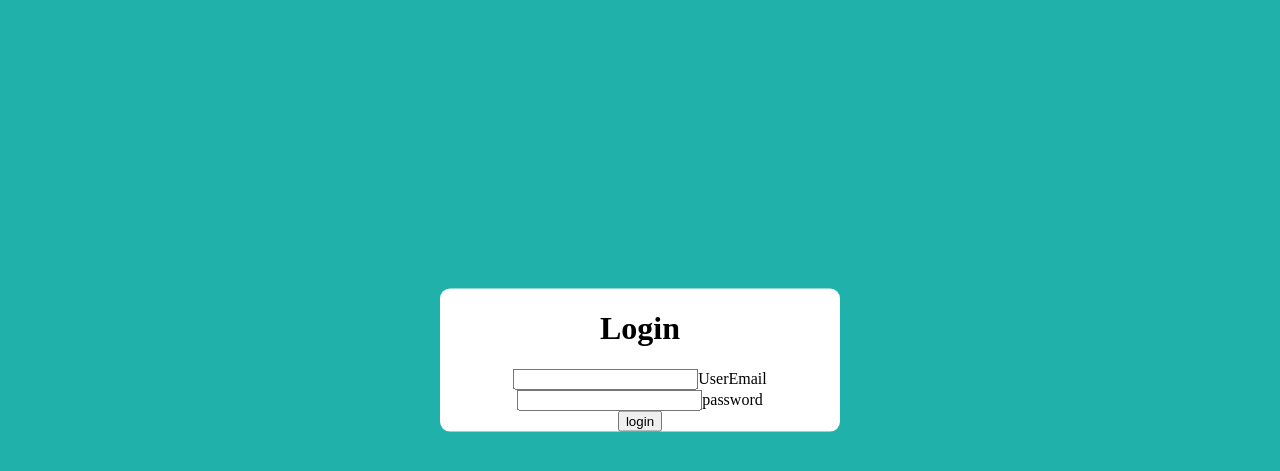
Repository: Aref19/eshop_frontEnd
Page: /
These files come from the project's save history. The page is drawn as it stood at one moment and after the next save; the edit follows.
The browser window is 1280 px wide. The pictures show the whole page.
The project was rebuilt for these pictures with package versions that can differ from the ones it lists, and the page was loaded fresh each time.

Above is the page before, as saved 2023-02-23 20:50:51.

### src/App.js
import './App.css';
import Login from './component/Login'

function App() {
  return (
    <div className="App">
     <Login/>
    </div>
  );
}

export default App;

### src/component/Login.js
import "../css/Login.css"


function Login() {
    return (
        <>
            <div className="center">
                <h1>Login</h1>
                <form method="post">
                    <div className="txt_field">
                        <input type={Text} required></input>
                        <label>UserEmail</label>

                    </div>
                    <div className="txt_field">
                        <input type={"password"} required></input>
                        <label>password</label>

                    </div>
                    <input type={"submit"} value="login"></input>

                </form>

            </div>

        </>
    )
}

export default Login;

### src/css/Login.css
body{
    margin: 0;
    padding: 0;
    font-family: montserrat ;
    background-color: lightseagreen;
    height: 100vh;
    overflow: hidden;

}

.center
{
    position: absolute;
    top: 50%;
    left: 50%;
    transform: translate(-50%,-50%);
    width: 400px;
    background-color: white;
    border-radius: 10px;


}

.center h1{
    text-align: center;
    border-bottom: ;
}

Loaded but not shown: public/index.html (common file); src/index.js (common file); src/index.css (common file); src/reportWebVitals.js (common file); src/App.css (common file)

After the next save:
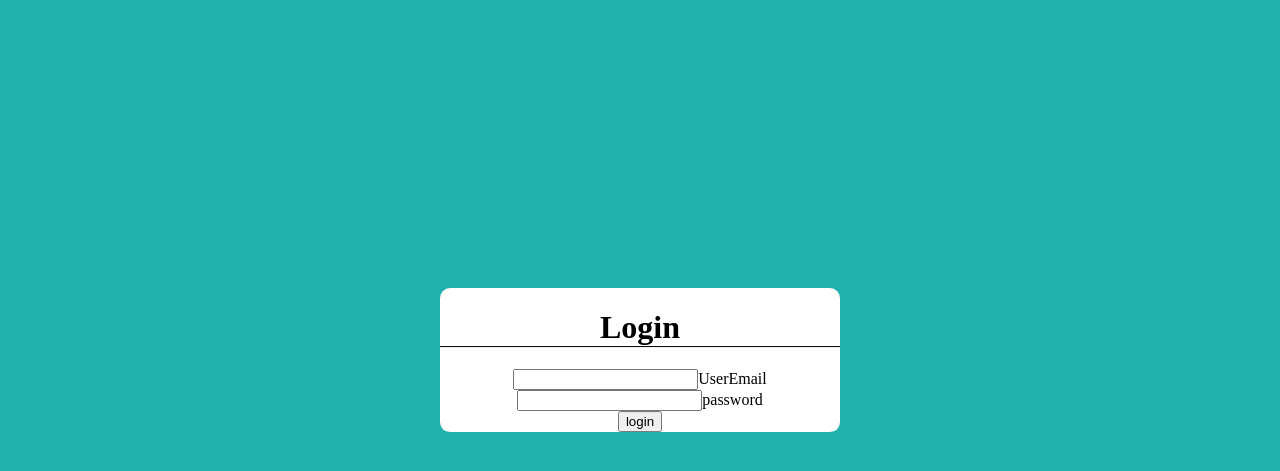
Saved 7 s later.
--- a/src/css/Login.css
+++ b/src/css/Login.css
@@ -23,5 +23,5 @@ body{
 
 .center h1{
     text-align: center;
-    border-bottom: ;
+    border-bottom: 1px solid ;
 }
